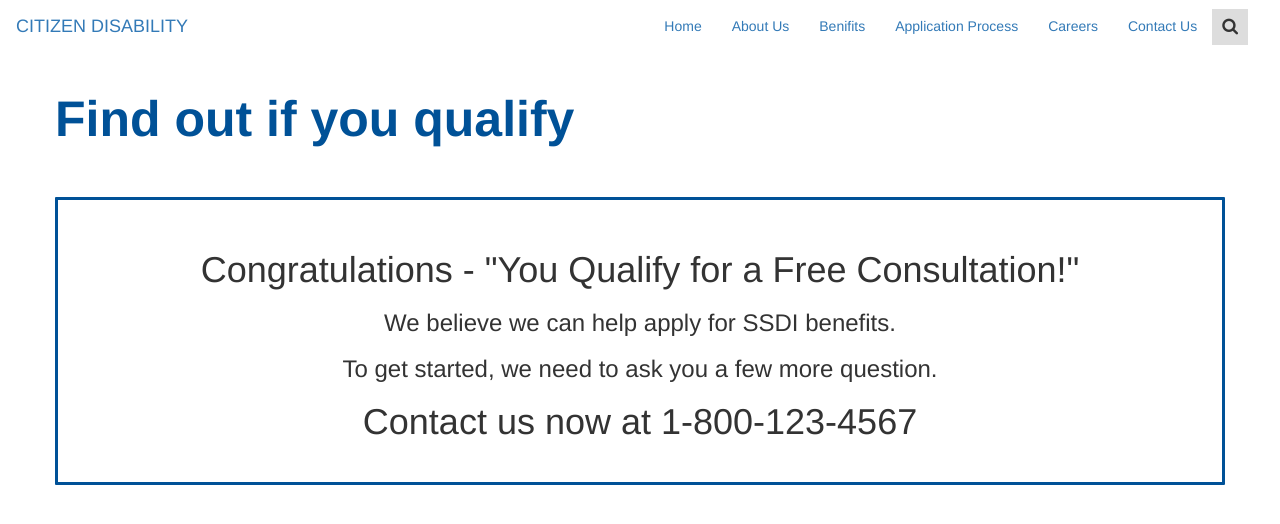
Repository: welcome0605/Embed-html-integrate-with-API
Page: Home2.html
The author's editor kept a copy of each file at every save. The page is drawn from the files as they stood at one save, then again after the next save.
The browser window is 1280 px wide. The pictures show the whole page.

Above is the page before, as saved 2019-04-29 15:27:01.

### Home2.html
<!DOCTYPE html>
<html lang="en">
<head>
  <title>CITIZEN DISABILITY</title>
  <meta charset="utf-8">
  <meta name="viewport" content="width=device-width, initial-scale=1">
  <link rel="stylesheet" href="https://maxcdn.bootstrapcdn.com/bootstrap/3.4.0/css/bootstrap.min.css">
  <script src="https://ajax.googleapis.com/ajax/libs/jquery/3.3.1/jquery.min.js"></script>
  <script src="https://maxcdn.bootstrapcdn.com/bootstrap/3.4.0/js/bootstrap.min.js"></script>
  <link rel = "stylesheet" type = "text/css" href = "./css/base2.css" />
  <link rel="stylesheet" href="https://cdnjs.cloudflare.com/ajax/libs/font-awesome/4.7.0/css/font-awesome.min.css">
  <script src="https://ajax.googleapis.com/ajax/libs/jquery/3.3.1/jquery.min.js"></script>
  <script type="text/javascript">

  </script>

</head>
<body>

<nav class="navbar navbar-info">
  <div class="container-fluid">
    <div class="navbar-header">
      <a class="navbar-brand" href="Home.html">CITIZEN DISABILITY</a>
    </div>
    <ul class="nav navbar-nav div_right">
      <li class="active"><a href="Home.html">Home</a></li>
      <li><a href="About Us.html">About Us</a></li>
      <li><a href="Benifits.html">Benifits</a></li>
      <li><a href="Application Process.html">Application Process</a></li>
      <li><a href="Careers.html">Careers</a></li>
      <li><a href="Contact Us.html">Contact Us</a></li>
      <!-- <input type="text" placeholder="Search.." name="search"> -->
      <button type="button"><i class="fa fa-search"></i></button>
    </ul>
  </div>
</nav>

<div class="container">
  <!-- <h3>Basic Navbar Example1</h3>
  <p>A navigation bar is a navigation header that is placed at the top of the page.</p> -->
  <form method="POST">
    <!-- <div class="div_entire"> -->
      <div class="row"><h2 class="title">Find out if you qualify</h2></div>

      <div class="row div_border">
        <div><h1>Congratulations - "You Qualify for a Free Consultation!"</h1></div>
        <div><h3>We believe we can help apply for SSDI benefits.</h3></div>
        <div><h3>To get started, we need to ask you a few more question.</h3></div>
        <div class="contact"><h1>Contact us now at 1-800-123-4567</h1></div>
      </div>




      <!-- <input type="submit" value="Submit"> -->
    <!-- </div> -->
  </form>
</div>

</body>
</html>

### css/base2.css
/* body {
    font-family: 'Open Sans', sans-serif !important;
} */

navbar-default .navbar-nav>.active>a, .navbar-default .navbar-nav>.active>a:focus, .navbar-default .navbar-nav>.active>a:hover {
    background-color: #005197 !important;
    color: white;
}

.navbar-default .navbar-nav>li>a {
    color: black;
    font-size: 20px;
}

.div_right input[type=text] {
    padding: 6px;
    margin-top: 8px;
    font-size: 17px;
    border: none;
}

.div_right button {
    float: right;
    padding: 6px 10px;
    margin-top: 8px;
    margin-right: 16px;
    background: #ddd;
    font-size: 17px;
    border: none;
    cursor: pointer;
}

.div_right {
    float: right;
}

.radio_buttons {
    /* display: inline-flex; */
    margin-bottom:30px;
}

.div_label {
    font-size: 20px;
    /* margin-right: 500px; */
}

.title {
    color: #005197;
    font-weight: 700;
    margin-bottom: 50px;
    font-size: 50px;
}

.div_border {
    border-radius: 1px;
    border:solid 3px #005197;
    padding:30px;
    text-align: center;
}

.contact {

}

After the next save:
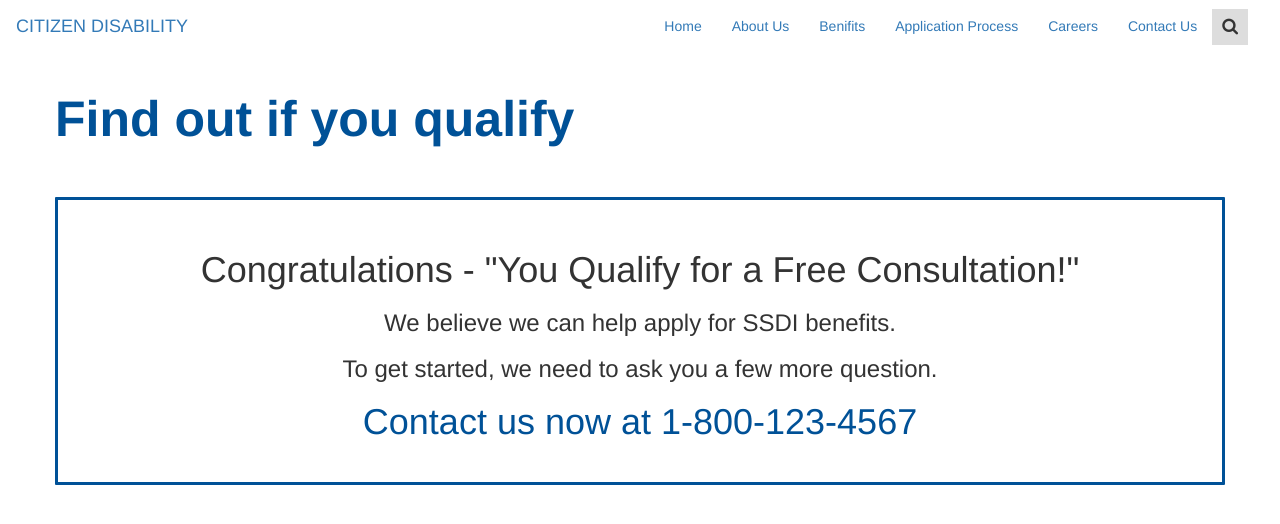
Saved 10 s later.
--- a/css/base2.css
+++ b/css/base2.css
@@ -59,5 +59,5 @@ navbar-default .navbar-nav>.active>a, .navbar-default .navbar-nav>.active>a:focu
 }
 
 .contact {
-
+    color: #005197;
 }
